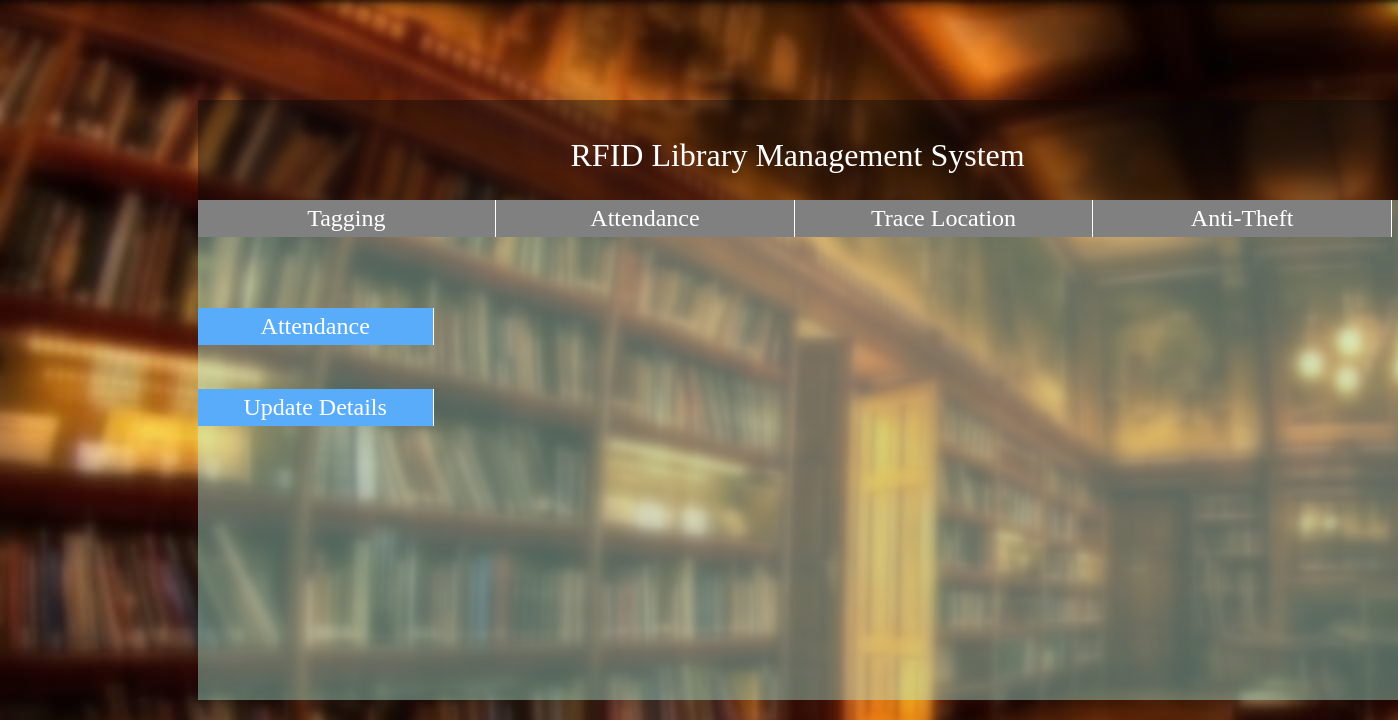
Repository: vigineshs/A-Smart-Data-Analyzer-for-Library-Management-System
Page: http://localhost/librarymgmt/attend.jsp
An editor plug-in stored every save of this project. The page is shown before and after the next save, followed by the edit.
The browser window is 1280 px wide. The page is 1398 px wide, so the pictures cover 1398 px, including what lies to the right of the window. The pictures show the whole page.
The page is served by Tomcat 9. Other server files are loaded and not shown.

Above is the page before, as saved 2013-02-11 14:43:14.

### PassiveRFID/CS203-Version 1.0.6/Demo Applications/Dot Net C#/Demo Applications Source Code/RFID/librarymgmt/WebContent/attend.jsp
<%@ page language="java" contentType="text/html; charset=ISO-8859-1"
    pageEncoding="ISO-8859-1"%>
<!DOCTYPE html PUBLIC "-//W3C//DTD HTML 4.01 Transitional//EN" "http://www.w3.org/TR/html4/loose.dtd">
<html>
<head>
<title>RFID | Library Management System</title>
<link rel="stylesheet" type="text/css" href="page.css ">

</head>
<body>
<div class="center">
<div id="container">
<div id="header"><br/>
RFID Library Management System
</div>
<div id="content">
<ul>
<li><a href="tag.jsp">Tagging</a></li>
<li><a href="attend.jsp">Attendance</a></li>
<li><a href="locate.jsp">Trace Location</a></li>
<li><a href="#">Anti-Theft</a></li>
</ul>
<br/><br/>
	<div id="lcon">
	<br/><br/>
<a href="attendance.jsp">Attendance</a><br/><br/><br/>
<a href="updetails.jsp">Update Details</a><br/>
	</div>
	<div id="rcon">


	</div>
</div>
</div></div>
</body>
</html>

### PassiveRFID/CS203-Version 1.0.6/Demo Applications/Dot Net C#/Demo Applications Source Code/RFID/librarymgmt/WebContent/page.css
#container
{


width:1200px;
height:500px;
margin:0px;

}

ul
{

width:100%;
padding:0;
margin:0;
list-style-type:none;
}

ul a
{
float:left;
width:10.6em;
text-decoration:none;
text-align:center;
color:white;
background-color:grey;
padding:0.2em 0.9em;
border-right:1px solid white;
}

a
{
float:left;
width:8em;
text-decoration:none;
text-align:center;
color:white;
background-color:#58ACFA;
padding:0.2em 0.9em;
border-right:1px solid white;
}

a:hover {background-color:white;
color:black;}

li {display:inline;}


.center
{
margin-left:auto;
margin-right:auto;
width:70%;
}

body
{
background-image:url('images/lib.jpg');
}

#header
{
background-image:url('images/header.png');
font-family:Monotype Corsiva;
font-size:32px;
color:white;
height:100px;
text-align:center;
float:center;
margin-top:100px;
}

#content
{
background-image:url('images/content.png');
width:1200px;
height:500px;
margin-left:0px;
overflow:hidden;
font-size:24px;
float:center;
}

#lcon
{
width:300px;
height:100%
overflow:hidden;
}

#rcon
{
width:700px;
height:100%
overflow:hidden;
margin-left:300px;
}

After the next save:
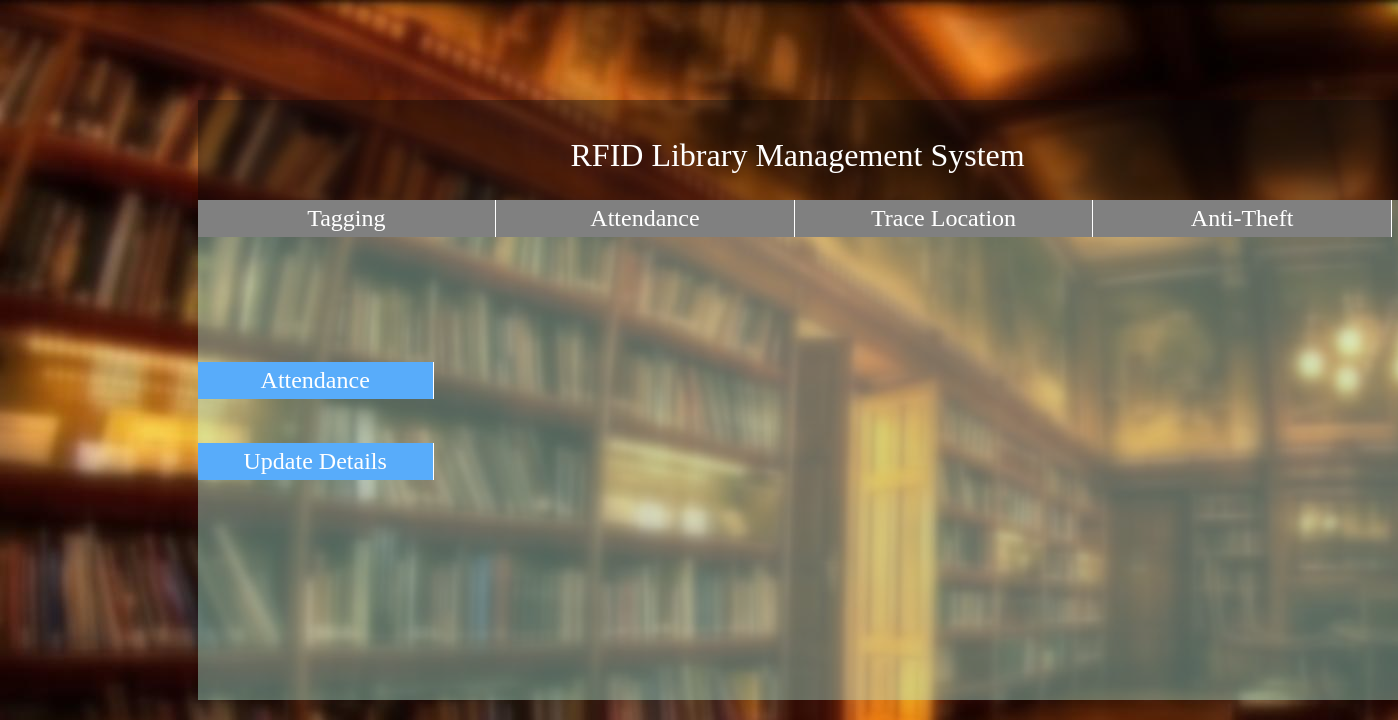
Saved 36 s later.
--- a/PassiveRFID/CS203-Version 1.0.6/Demo Applications/Dot Net C#/Demo Applications Source Code/RFID/librarymgmt/WebContent/attend.jsp
+++ b/PassiveRFID/CS203-Version 1.0.6/Demo Applications/Dot Net C#/Demo Applications Source Code/RFID/librarymgmt/WebContent/attend.jsp
@@ -22,7 +22,7 @@ RFID Library Management System
 </ul>
 <br/><br/>
 	<div id="lcon">
-	<br/><br/>
+	<br/><br/><br/><br/>
 <a href="attendance.jsp">Attendance</a><br/><br/><br/>
 <a href="updetails.jsp">Update Details</a><br/>
 	</div>
